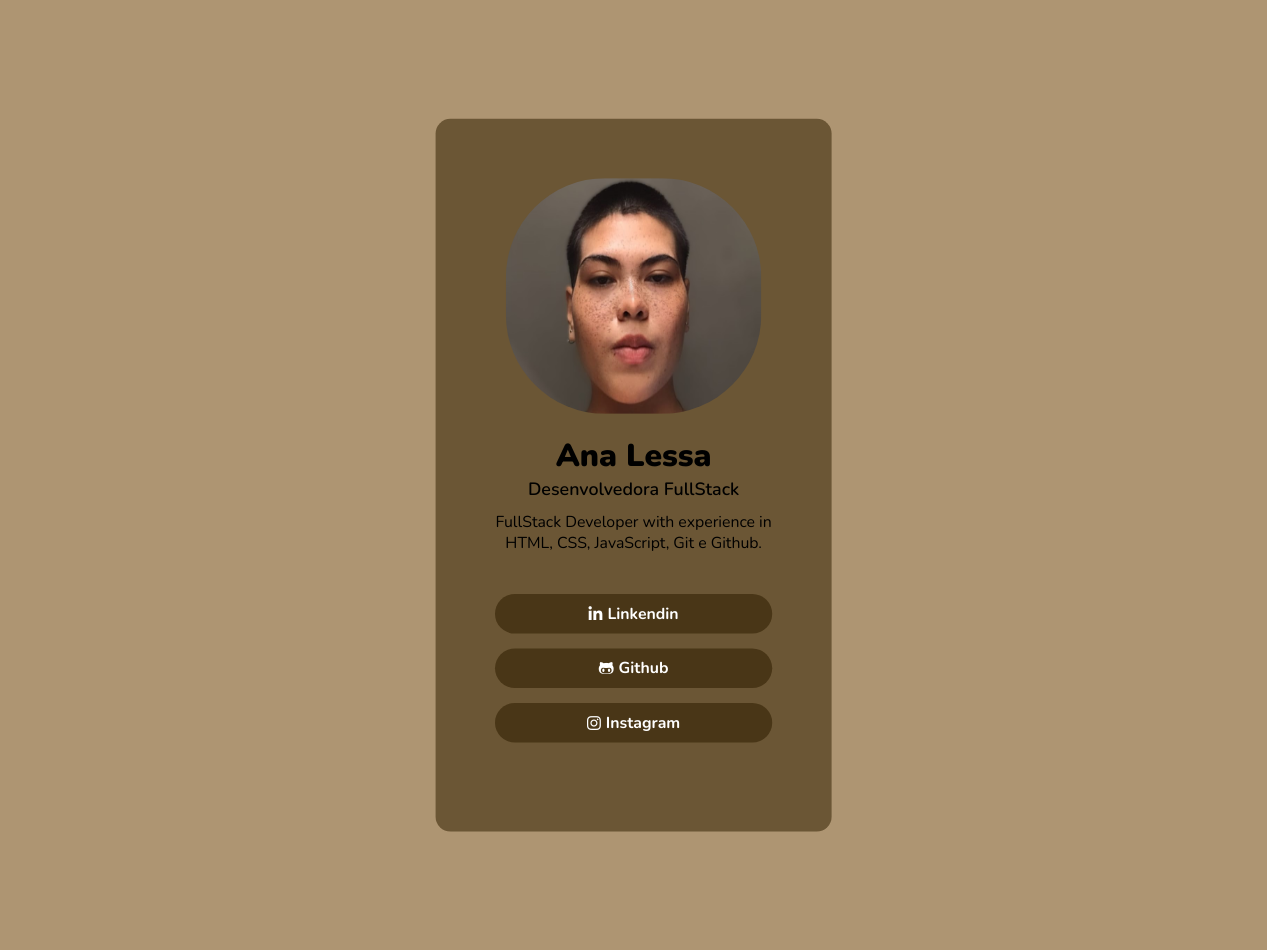
Repository: analessp/linktree
Page: index.html
The author's editor kept a copy of each file at every save. The page is drawn from the files as they stood at one save, then again after the next save.
The browser window is 1280 px wide. The pictures show the whole page, at 99% of full size.

Above is the page before, as saved 2025-04-11 11:11:00.

After the next save:
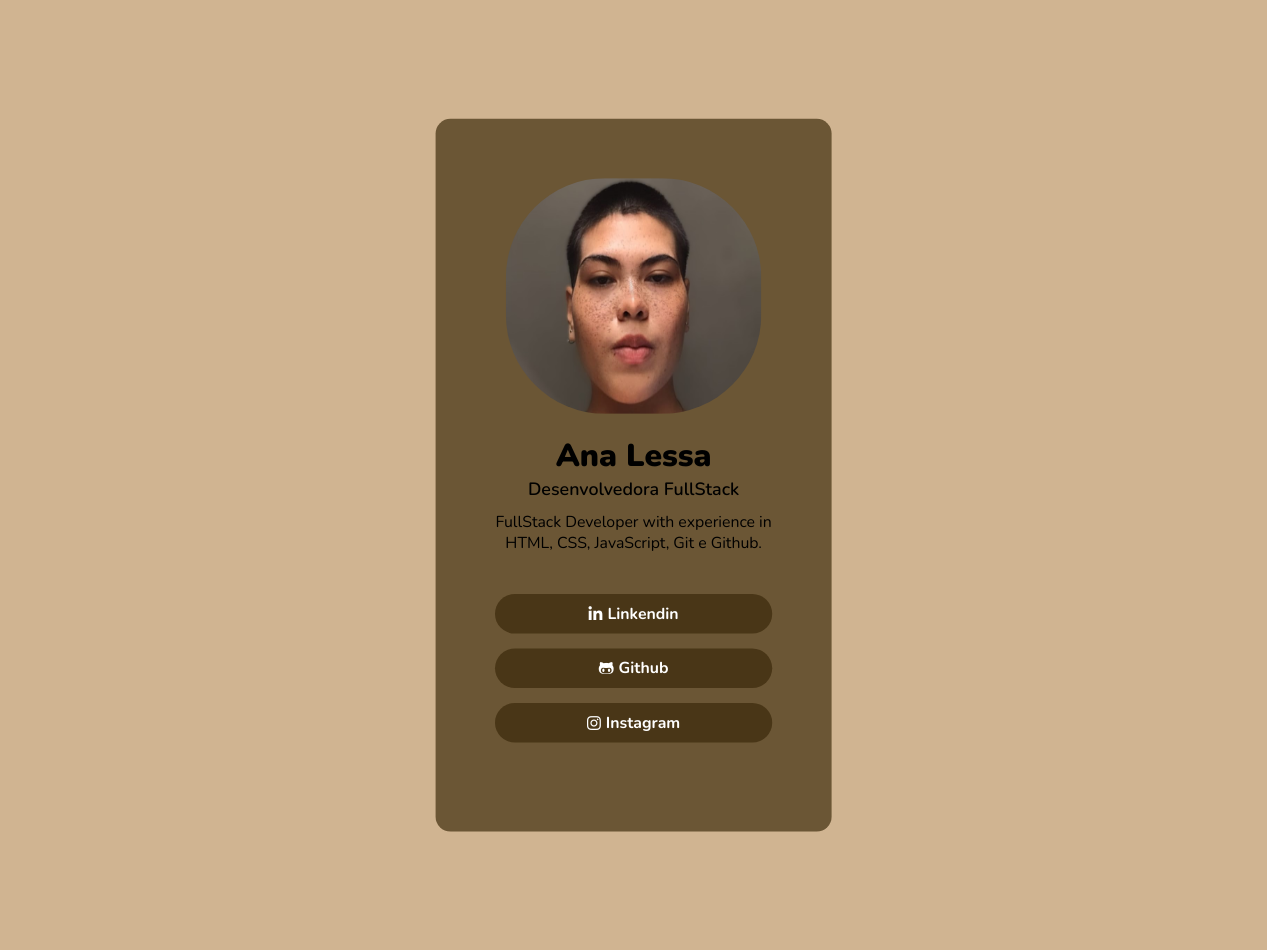
Saved 28 s later.
--- a/style.css
+++ b/style.css
@@ -6,7 +6,7 @@
 }
 
 body {
-    background-color: #ae9572;
+    background-color: #d0b491;
 }
 
 .container-main {
